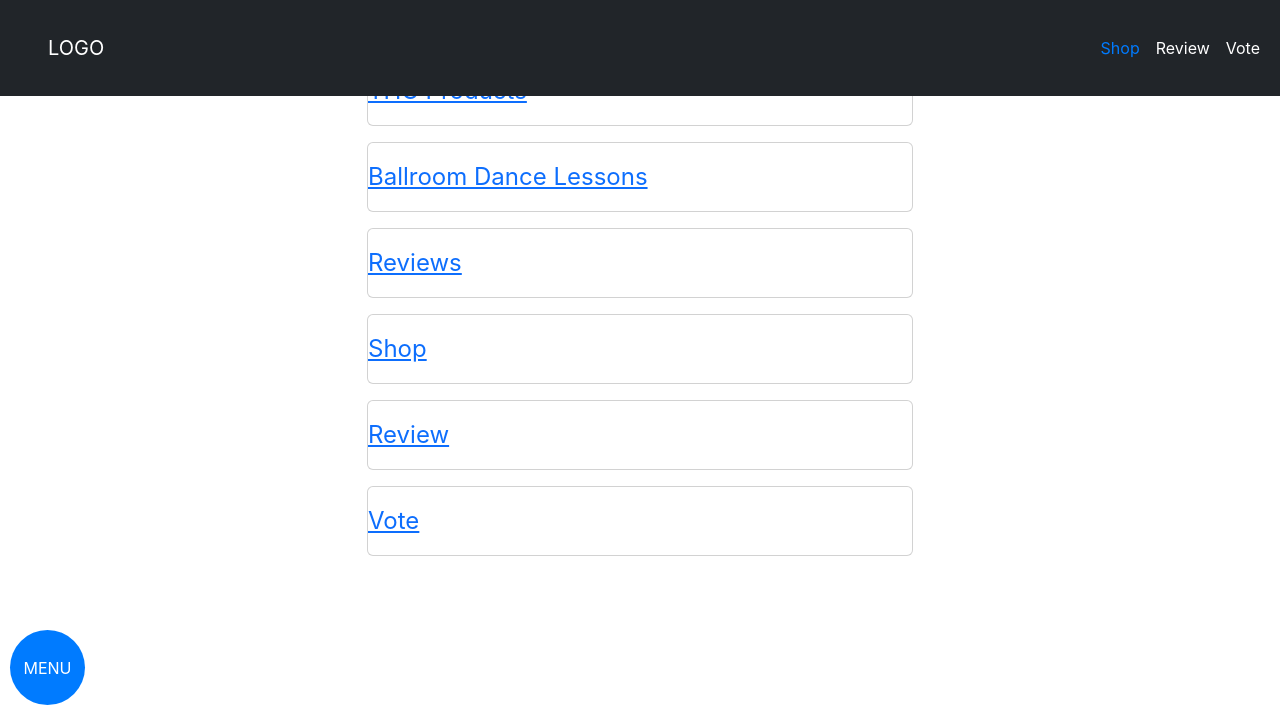
Repository: DragonFruit8/basic-website
Page: /shop
An editor plug-in stored every save of this project. The page is shown before and after a run of saves, followed by the edit.
The browser window is 1280 px wide. The pictures show the whole page.
The project was rebuilt for these pictures with package versions that can differ from the ones it lists, and the page was loaded fresh each time. Also part of the build but not shown: src/sections/MissionSec.js, src/sections/AboutSec.js, src/sections/ServiceSec.js, src/Img/LunaLogo.js, src/sections/SupportSec.js, src/sections/HeroSec.js, src/pages/HomePage.js.

Above is the page before, as saved 2024-06-23 08:56:49.

### public/index.html
<!DOCTYPE html>
<html lang="en">
  <head>
    <meta charset="utf-8" />
    <link rel="icon" href="%PUBLIC_URL%/favicon.ico" />
    <meta name="viewport" content="width=device-width, initial-scale=1" />
    <meta name="theme-color" content="#000000" />
    <meta
      name="description"
      content="Web site created using create-react-app"
    />
    <link rel="apple-touch-icon" href="%PUBLIC_URL%/logo192.png" />
    <!--
      manifest.json provides metadata used when your web app is installed on a
      user's mobile device or desktop. See https://developers.google.com/web/fundamentals/web-app-manifest/
    -->
    <link rel="manifest" href="%PUBLIC_URL%/manifest.json" />
    <link href="https://cdn.jsdelivr.net/npm/bootstrap@5.3.3/dist/css/bootstrap.min.css" rel="stylesheet" integrity="sha384-QWTKZyjpPEjISv5WaRU9OFeRpok6YctnYmDr5pNlyT2bRjXh0JMhjY6hW+ALEwIH" crossorigin="anonymous">
    <!--
      Notice the use of %PUBLIC_URL% in the tags above.
      It will be replaced with the URL of the `public` folder during the build.
      Only files inside the `public` folder can be referenced from the HTML.

      Unlike "/favicon.ico" or "favicon.ico", "%PUBLIC_URL%/favicon.ico" will
      work correctly both with client-side routing and a non-root public URL.
      Learn how to configure a non-root public URL by running `npm run build`.
    -->
    <title>React App</title>
  </head>
  <body>
    <noscript>You need to enable JavaScript to run this app.</noscript>
    <div id="root"></div>
    <!--
      This HTML file is a template.
      If you open it directly in the browser, you will see an empty page.

      You can add webfonts, meta tags, or analytics to this file.
      The build step will place the bundled scripts into the <body> tag.

      To begin the development, run `npm start` or `yarn start`.
      To create a production bundle, use `npm run build` or `yarn build`.
    -->
    <script src="https://cdn.jsdelivr.net/npm/@popperjs/core@2.11.8/dist/umd/popper.min.js" integrity="sha384-I7E8VVD/ismYTF4hNIPjVp/Zjvgyol6VFvRkX/vR+Vc4jQkC+hVqc2pM8ODewa9r" crossorigin="anonymous"></script>
<script src="https://cdn.jsdelivr.net/npm/bootstrap@5.3.3/dist/js/bootstrap.min.js" integrity="sha384-0pUGZvbkm6XF6gxjEnlmuGrJXVbNuzT9qBBavbLwCsOGabYfZo0T0to5eqruptLy" crossorigin="anonymous"></script>
  </body>
</html>

### src/App.js
import React from 'react';
import { BrowserRouter as Router, Routes, Route } from 'react-router-dom';
import './App.css';
import Navbar from './components/Navbar';
import Sidebar from './components/Sidebar';
import HomePage from './pages/HomePage';
import ShopPage from './pages/ShopPage';

function App() {

  return (
    <>
      <Router>
        <Navbar />
        <Sidebar />
        <Routes>
          <Route path="/" element={<HomePage />} />
          <Route path="/shop" element={<ShopPage />} />
        </Routes>
   </Router>
    </>
  );
}

export default App;

### src/App.css
.App {
  text-align: center;
  z-index: -10;
}

.App-logo {
  height: 40vmin;
  pointer-events: none;
  z-index: 0;
}

@media (prefers-reduced-motion: no-preference) {
  .App-logo {
    animation: App-logo-spin infinite 20s linear;
  }
}

.App-header {
  background-color: #282c34;
  min-height: 100vh;
  display: flex;
  flex-direction: column;
  align-items: center;
  justify-content: center;
  font-size: calc(10px + 2vmin);
  color: white;
}

.App-link {
  color: #61dafb;
}
#sidebar {
  display: flex;
  flex-direction: column;
  background-color: transparent !important;
  height: 100%;
  width: 100px;
  position: fixed;
  top: 55px;
  left: 0;
  z-index: 1;
  overflow-x: hidden;
  padding-top: 20px;
  z-index: 10;
  /* rounded corners*/
  border-radius: 100px;

}

#offcanvasNavbar{
  position: fixed;
  margin-top: 55px;
}

#sidebarButton {
  position: absolute;
  bottom: 100px;
  left: 0px;
  width: 75px;
  height: 75px;
  border: none;
  color: white;
  padding: 10px 10px;
  text-align: center;
  text-decoration: none;
  display: inline-block;
  font-size: 16px;
  margin: auto auto -30px 10px;
  cursor: pointer;
  z-index: 100;
  border-radius: 100%;
  background-color: #007bff;
}

#closeButton, .btn-close {
  color: white !important;
  margin-left: 15px;
}
#aboutSec {
  height: 75vh;
}
.offcanvas-body {
 padding: 0 100px 0 100px;
}
#luna {
  position: relative;
  background-size: cover;
  background-repeat: no-repeat;
  background-position: center;
  height: auto;
  width: 250px;
  margin: 0 auto;
}

/* HomePage Hero */
.hero {
  height: 100vh;
  width: 100%;
  display: flex;
  align-items: center;
  color: white !important;
  text-align: center;
  font-size: 2rem;
  font-weight: 700;
  background: url('https://unsplash.com/photos/photo-of-outer-space-Q1p7bh3SHj8');
  background-size: cover;
  background-repeat: no-repeat;
  background-position: center;
  background-color: rgba(0, 0, 0, 0.8);

}
.hero-content
.dropdown-item {
  width: 100%;
  margin: 0 auto;
  color: white;
  background-color: #007bff;
}
.dropdown-item:hover {
  background-color: #0056b3;
  color: white;
}


a.nav-link, a.nav-item {
  color: white !important;
}
a.nav-link, a.nav-item {
 padding: 20px 0 20px 0;
}

a.nav-link:hover, a.nav-item:hover {
  color: #ffd000 !important;
}
a.active {
  color: #007bff !important;
}

@keyframes App-logo-spin {
  from {
    transform: rotate(0deg);
  }
  to {
    transform: rotate(360deg);
  }
}

### src/components/Navbar.js
import React from 'react';
import data from '../../src/data';
// import axio from '../Instance';
// import Button from 'react-bootstrap/Button';
// import Modal from 'react-bootstrap/Modal';


const Navbar = () => {

    // const [email, setEmail] = useState('');
    // const [comment, setComment] = useState('');
    // const [show, setShow] = useState(false);

    // const handleClose = () => setShow(false);
    // const handleShow = () => setShow(true);

    // const clearForm = () => {
    //     setEmail('');
    //     setComment('');
    // };



    // const handleSubmit = (event) => {
    //     event.preventDefault();

    //     axio.post('/comments', {
    //         email,
    //         comment
    //     })
    //         .then(() => {
    //             console.log('Review submitted');
    //         })
    //         .catch((error) => {
    //             console.log(error);
    //         });
    //     clearForm();
    // };

    const path = window.location.pathname;
    return (
        <>
            {/* navbar navbar-expand-lg bg-body-tertiary navbar-dark bg-dark */}
            <nav className="navbar navbar-dark navbar-expand-lg bg-dark fixed-top">
                <div className="container-fluid ps-5">
                    <a className="navbar-brand" href="/">LOGO</a>
                    <button className="navbar-toggler" type="button" data-bs-toggle="collapse" data-bs-target="#navbarNav" aria-controls="navbarNav" aria-expanded="false" aria-label="Toggle navigation">
                        <span className="navbar-toggler-icon"></span>
                    </button>
                    <div className="collapse navbar-collapse" id="navbarNav">
                        <ul className="navbar-nav my-2 ms-auto me-0">
                            <li className="nav-item">
                                <a className={`nav-link ${path === `/${data.link1.b}` ? 'active' : ''}`} aria-current="page" href={`/${data.link1.b}`}>{data.link1.a}</a>
                            </li>
                            <li className="nav-item">
                                <a className={`nav-link ${path === `/${data.link2.b}` ? 'active' : ''}`} aria-current="page" href={`/${data.link2.b}`}>{data.link2.a}</a>
                            </li>
                            <li className="nav-item">
                                <a className={`nav-link ${path === `/${data.link3.b}` ? 'active' : ''}`} aria-current="page" href={`/${data.link3.b}`}>{data.link3.a}</a>
                            </li>
                        </ul>
                        {/* <span id='reviewModal' className="d-flex">
                                <Button variant="primary" onClick={handleShow}>Write a Review</Button>
                            </span> */}
                    </div>
                </div>
            </nav>
            {/* <Modal show={show} onHide={handleClose}>
                <Modal.Header closeButton>
                    <Modal.Title>Modal heading</Modal.Title>
                </Modal.Header>
                <Modal.Body>
                    <div
                        className="modal show"
                        style={{ display: 'block', position: 'initial' }}
                    >
                        <form // onSubmit={handleSubmit}
                        >
                            <div className="form-group">
                                <label htmlFor="email"
                                    className='form-label fs-5'
                                >Email</label>
                                <input
                                    type="email"
                                    id="email"
                                    value={email}
                                    onChange={(event) => setEmail(event.target.value)}
                                    required
                                    className='form-control'
                                />
                            </div>
                            <div className="form-group">
                                <label htmlFor="comment"
                                    className='form-label fs-5'
                                >Comment</label>
                                <textarea
                                    id="comment"
                                    value={comment}
                                    onChange={(event) => setComment(event.target.value)}
                                    required
                                    className='form-control'
                                />
                            </div>
                            <Button type="submit">Submit</Button>
                        </form>
                    </div>
                </Modal.Body>
                <Modal.Footer>
                    <Button variant="secondary" onClick={handleClose}>
                        Close
                    </Button>
                </Modal.Footer>
            </Modal> */}
        </>
    );
}

export default Navbar;

### src/components/Sidebar.js
import React from 'react'

export const canvasButton = () => {
    return (
        <button id='sidebarButton' className="btn btn-primary" type="button" data-bs-toggle="offcanvas" data-bs-target="#offcanvasNavbar" aria-controls="offcanvasNavbar">
        MENU
        </button>
    )
    }
export default function Sidebar() {

    return (
        <div>
            <sidebar id="sidebar" className="navbar bg-body-tertiary fixed-top">
                <div className="container-fluid">
                    <div className="offcanvas offcanvas-start bg-dark" tabindex="-1" id="offcanvasNavbar" aria-labelledby="offcanvasNavbarLabel">

                        <div className="offcanvas-body">
                            <ul className="navbar-nav justify-content-end flex-grow-1 pe-3">
                                <li className="nav-item">
                                    <a className="nav-link active" aria-current="page" href="/">Home</a>
                                </li>
                                <li className="nav-item">
                                    <a className="nav-link" href="/">Link</a>
                                </li>
                                <li className="nav-item dropdown">
                                    <a className="nav-link dropdown-toggle" href="/" role="button" data-bs-toggle="dropdown" aria-expanded="false">
                                        Dropdown
                                    </a>
                                    <ul className="dropdown-menu">
                                        <li><a className="dropdown-item" href="/">Action</a></li>
                                        <li><a className="dropdown-item" href="/">Another action</a></li>
                                        <li>
                                            <hr className="dropdown-divider" />
                                        </li>
                                        <li><a className="dropdown-item" href="/">Something else here</a></li>
                                    </ul>
                                </li>
                            </ul>
                            {/* <form className="d-flex mt-3" role="search">
                                <input className="form-control me-2" type="search" placeholder="Search" aria-label="Search" />
                                <button className="btn btn-outline-success" type="submit">Search</button>
                            </form> */}
                        </div>
                    <div className="offcanvas-footer d-flex justify-content-start mb-5 ms-3">
                        {/* <h5 className="offcanvas-title" id="offcanvasNavbarLabel"></h5> */}
                        <button id='close' type="button" className="btn-close" data-bs-dismiss="offcanvas" aria-label="Close"></button>
                    </div>
                    </div>
                </div>
                {
                    canvasButton()
                }
            </sidebar>


        </div>
    )
}

### src/pages/ShopPage.js
import React from 'react';
import data from '../../src/data';

const ShopPage = () => {
    return (
        <div>
            <h1>Shop Page</h1>
            <div className="container">
                <div className="row justify-content-center">
                    <div className="col-lg-6">

                        {
                            Object.keys(data).map((key, index) => {
                                return (
                                    <ul className='card list-unstyled'>
                                        <li key={index} className='list-unstyled mt-3 mb-3' style={{ fontSize: '1.5rem' }}>
                                            <a href={`/${data[key].b}`}>{data[key].a}</a>
                                        </li>
                                    </ul >
                                );
                            })
                        }
                    </div>
                </div>
            </div>
        </div>
    );
};

export default ShopPage;

### src/data.js
const data = {
    thcProductsLink: { a: 'THC Products', b: 'thc-products' },
    ballroomDanceLessonsLink: { a: 'Ballroom Dance Lessons', b: 'ballroom-dance-lessons' },
    reviewsLink: { a: 'Reviews', b: 'reviews' },
    link1: { a: 'Shop', b: 'shop' },
    link2: { a: 'Review', b: 'review' },
    link3: { a: 'Vote', b: 'vote' }
};

export default data;

Loaded but not shown: src/index.js (common file); src/index.css (common file); src/reportWebVitals.js (common file)

After the next 3 saves:
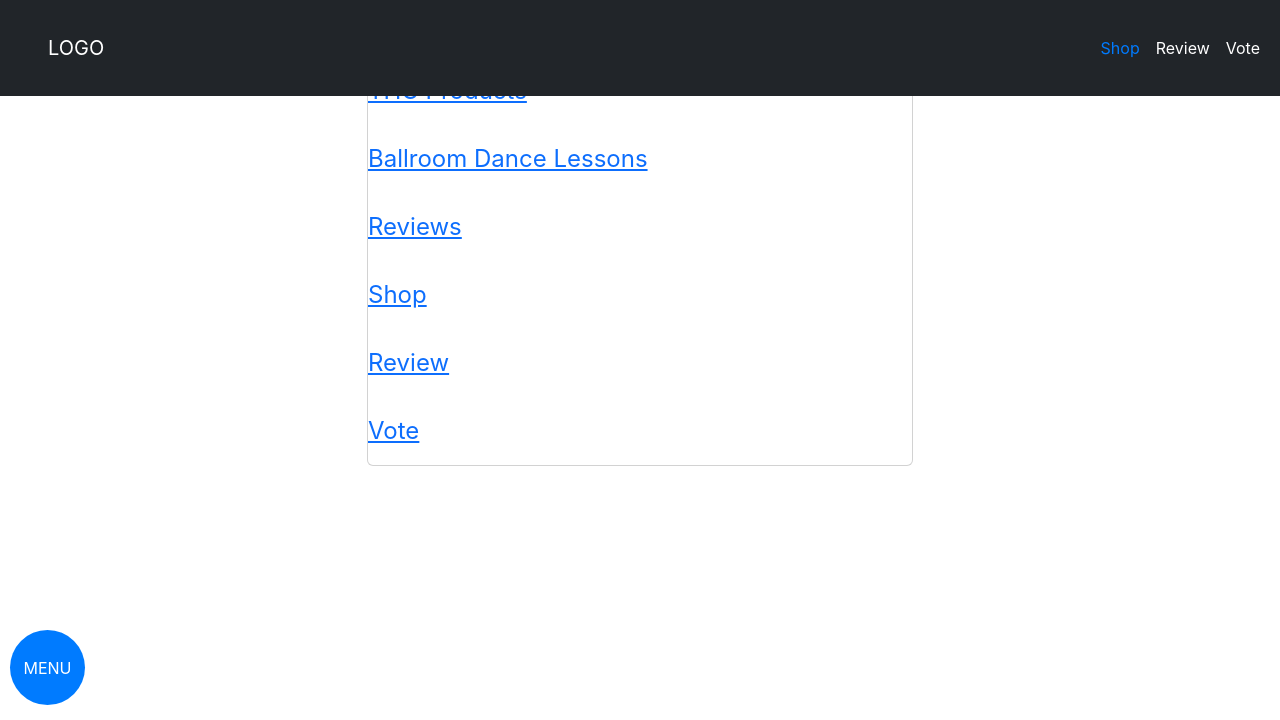
The 3 saves are shown as one change because they came seconds apart.
The last was saved 10 s later.
--- a/src/pages/ShopPage.js
+++ b/src/pages/ShopPage.js
@@ -8,18 +8,17 @@
             <div className="container">
                 <div className="row justify-content-center">
                     <div className="col-lg-6">
-
+                                    <ul className='card list-unstyled'>
                         {
                             Object.keys(data).map((key, index) => {
                                 return (
-                                    <ul className='card list-unstyled'>
                                         <li key={index} className='list-unstyled mt-3 mb-3' style={{ fontSize: '1.5rem' }}>
                                             <a href={`/${data[key].b}`}>{data[key].a}</a>
                                         </li>
-                                    </ul >
                                 );
                             })
                         }
+                                    </ul >
                     </div>
                 </div>
             </div>
